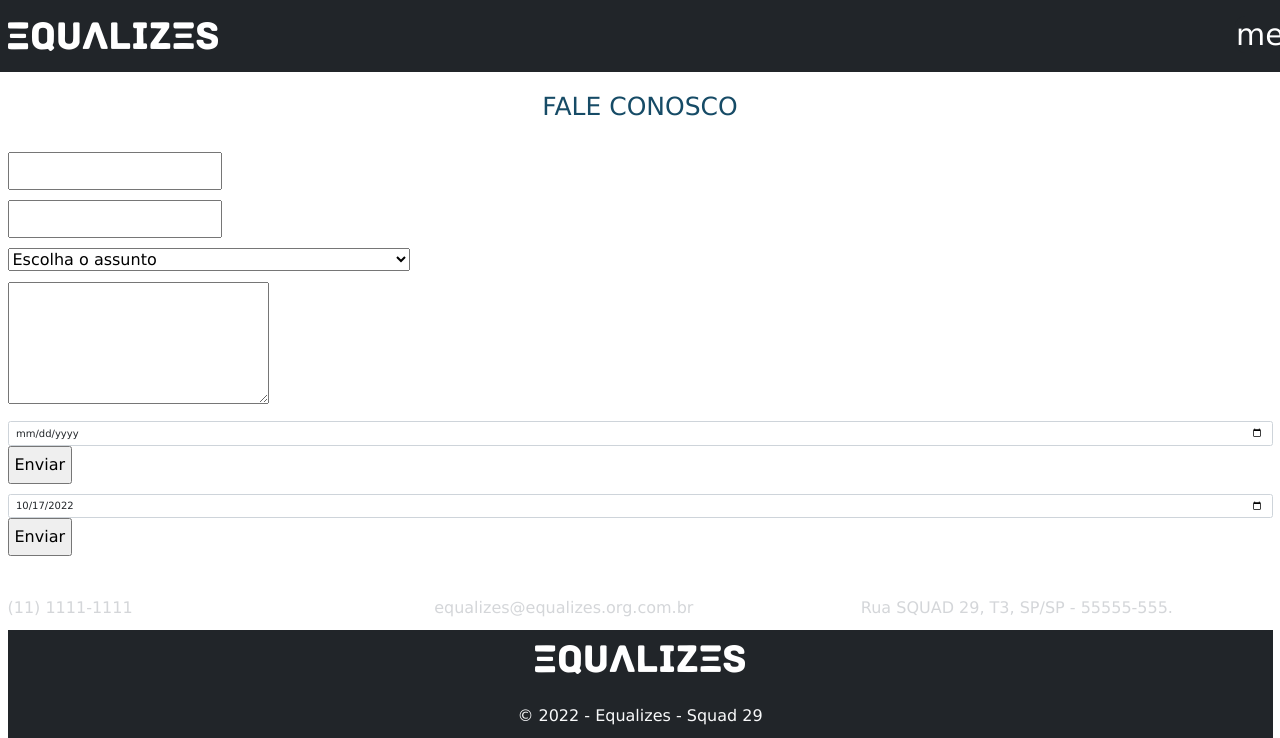
Repository: SQUAD29T3/-SpringEqualizesFinal
Page: http://localhost/admin/contato/editar
The author's editor kept a copy of each file at every save. The page is drawn from the files as they stood at one save, then again after the next save.
The browser window is 1280 px wide. The pictures show the whole page.
The page is this project's Thymeleaf template; nobody is signed in. The template is opened directly, without the code that normally fills it, so the values that code supplies are empty.

Above is the page before, as saved 2022-10-25 16:03:20.

### SpringEqualizes/src/main/resources/templates/admin/contato/editar.html
<!DOCTYPE html>
<html lang="pt-br">

<head>
	<meta charset="UTF-8">
	<meta http-equiv="X-UA-Compatible" content="IE=edge">
	<meta name="viewport" content="width=device-width, initial-scale=1.0">

	<!-- BOOTSTRAP CSS -->
	<link href="https://cdn.jsdelivr.net/npm/bootstrap@5.0.2/dist/css/bootstrap.min.css" rel="stylesheet"
		integrity="sha384-EVSTQN3/azprG1Anm3QDgpJLIm9Nao0Yz1ztcQTwFspd3yD65VohhpuuCOmLASjC" crossorigin="anonymous">

	<!-- ICON DO SITE (E) -->
	<link rel="shortcut icon" th:href="@{/img/icon.jpg}" type="image/x-icon">


	<link rel="stylesheet" th:href="@{/css/admin.css}">

	<title> Fale conosco | Equalizes </title>

</head>

<body>



	<header class="container-fluid">


		<img th:src="@{/img/logo_equalizes_white.png}" alt="logo" class="logo">


		<!-- INÍCIO MENU -->

		<aside>
			<div id="menu-opener" onclick="menuToggle()">
				<span class="material-symbols-outlined menuIcon">
					menu
				</span>
			</div>
			<div id="menu-area">
				<ul>

					<a href="/admin">
						<li>

							<span class="material-symbols-outlined">
								home
							</span>

							INÍCIO

						</li>
					</a>

					<a href="#">
						<li>

							<span class="material-symbols-outlined">
								contact_mail
							</span>
							SOLICITAÇÕES DE CONTATO

						</li>
					</a>

					<a href="">
						<li>

							<span class="material-symbols-outlined">
								group_add
							</span>

							SOLICITAÇÕES DE PARCERIAS

						</li>
					</a>


					<a href="">
						<li class="nav-item dropdown">

							<span class="material-symbols-outlined text-light">
								handshake
							</span>

							<a class="dropdown-toggle text-light" href="#" id="dropdownId" data-bs-toggle="dropdown"
								aria-haspopup="true" aria-expanded="false">PARCEIROS</a>
							<div class="dropdown-menu" aria-labelledby="dropdownId">
								<a class="dropdown-item text-center btn-hover" href="">ESCOLAS</a>

								<hr class="dropdown-divider">

								<a class="dropdown-item text-center btn-hover" href="">EMPRESAS</a>

						</li>
					</a>


				</ul>
			</div>
		</aside>

		<!-- FIM MENU -->


	</header>



	<div class="container-fluid">


		<!-- INÍCIO CONTATOS -->


		<div class="row">

			<div class="col-12 mb-3">

				<h1> FALE CONOSCO</h1>

			</div>


		</div>


		<main>

			<div class="row">

				<!-- INÍCIO FORMULÁRIO -->
				<div class="col-12">

					<form method="post" th:object="${contatos}">

						<div class="col-12">

							<input type="text" name="nome" id="nome_contato" th:value="${nome}" />

						</div>

						<div class="col-12 mt-3">

							<input type="email" name="email" id="email_contato" th:value="${email}" />

						</div>

						<div class="col-12 mt-3">

							<select name="assunto" id="assunto_contato" th:value="${assunto}" />

								<option value="0">Escolha o assunto</option>
								<option value="Assuntos financeiros">Assuntos financeiros</option>
								<option value="Assuntos relacionados a marketing">Assuntos relacionados a marketing
								</option>
								<option value="Dúvidas sobre como ser uma empresa parceira">Dúvidas sobre como ser uma
									empresa parceira</option>
								<option value="Dúvidas sobre como ser uma escola parceira">Dúvidas sobre como ser uma
									escola parceira</option>
								<option value="Dúvidas sobre como doar sendo pessoa física">Dúvidas sobre como doar
									sendo pessoa física</option>

							</select>

						</div>


						<div class="col-12 mt-3">
							<textarea name="mensagem" id="mensagem_contato" cols="30" rows="5"
								th:value="${mensagem}"></textarea>

						</div>


						<div class="col-12 mt-3">

							<input type="date" class="form-control" name="dataContato" id="dataContato"  />

							<input type="submit" value="Enviar">

						</div>

						<div class="col-12 mt-3">

							<input type="date" class="form-control" name="dataResposta" id="dataResposta"  />

							<input type="submit" value="Enviar">

						</div>



					</form>

					<!-- FIM FORMULÁRIO -->


				</div>



			</div>


			<!-- CARDS CONTATO -->

			<div class="row mt-5 alinhamento-linha">

				<!-- CARD PHONE -->

				<div class="col-md-4 mt-3">

					<div class="div-contatos">

						<div class="icon">

							<i class="ri-phone-fill ri-xl"></i>

						</div>
						<p> (11) 1111-1111 </p>

					</div>


				</div>


				<!-- CARD EMAIL -->
				<div class="col-md-4 mt-3">

					<div class="div-contatos">

						<div class="icon">
							<i class="ri-mail-fill ri-xl"></i>
						</div>

						<p> equalizes@equalizes.org.com.br </p>

					</div>


				</div>


				<!-- CARD ENDEREÇO -->
				<div class="col-md-4 mt-3">

					<div class="div-contatos">

						<div class="icon">
							<i class="ri-map-pin-add-fill ri-xl"></i>
						</div>

						<p> Rua SQUAD 29, T3, SP/SP - 55555-555. </p>

					</div>


				</div>


			</div>


		</main>

		<!-- FIM CONTATOS -->


		<!-- ICON SCROLL TOP -->

		<i onclick="subirTela()" class="ri-arrow-up-s-line" id="icon-top"></i>

		<!-- ICON SCROLL TOP -->


		<!-- RODAPÉ -->

		<footer>


			<div class="row">

				<div class="col-12 text-center mt-4">

					<img th:src="@{/img/logo_equalizes_white.png}" alt="logo" class="logo">

				</div>

			</div>



			<div class="row">

				<div class="col-12 text-center mt-4">


					<div class="icon-redeSociais">

						<a href="https://github.com/SQUAD29T3" target="_blank"> <i class="ri-github-fill"></i></a>


					</div>


				</div>

			</div>


			<div class="row">
				<div class="col-12">

					<p class="text-light text-center pt-4"> &copy 2022 - Equalizes - Squad 29 </p>

				</div>
			</div>


		</footer>

		<!-- FIM RODAPÉ -->

	</div>


	<!-- INSERINDO VALOR AO INPUT DATA -->
	<script>
		const inputDate = document.querySelector('#dataResposta');
		const dataHoje = new Date();

		const d = dataHoje.getDate().toString().padStart(2, '0'); // Dia com 2 digitos;
		const m = String(dataHoje.getMonth() + 1).padStart(2, '0'); // Mês com 2 digitos
		const y = dataHoje.getFullYear(); // Ano com 4 digitos


		inputDate.value = `${y}-${m}-${d}`;

	</script>


	<!-- JAVASCRIPT EXTERNO -->
	<script th:src="@{/js/all.js}"></script>


	<!-- BOOTSTRAP JS -->
	<script src="https://cdn.jsdelivr.net/npm/bootstrap@5.0.2/dist/js/bootstrap.bundle.min.js"
		integrity="sha384-MrcW6ZMFYlzcLA8Nl+NtUVF0sA7MsXsP1UyJoMp4YLEuNSfAP+JcXn/tWtIaxVXM"
		crossorigin="anonymous"></script>

</body>

</html>

### SpringEqualizes/src/main/resources/static/css/admin.css
* {
    margin: 0;
    padding: 0;
    box-sizing: border-box;
}


/* SCROLLBAR */

::-webkit-scrollbar {
    width: 1rem;
    height: 0.5rem;
    background-color: #212529;
}

::-webkit-scrollbar-thumb {
    background-color: #164B66;
    border-radius: 20px;
}

/* FIM SCROLLBAR */


html {
    font-size: 62.5%;
}

body {
    font-family: 'Lucida Sans', 'Lucida Sans Regular', 'Lucida Grande', 'Lucida Sans Unicode', Geneva, Verdana, sans-serif;

    font-size: 1.6rem;

}



/* INÍCIO ICON DO SCROLL TOP */

#icon-top {
    background-color: #3d4650;
    color: #ffffff;

    padding: 0.5rem 1rem;
    text-align: center;


    border-radius: 50%;
    box-shadow: 0 0 0.1rem 0.1rem #ffffff;

    display: none;

    font-size: 2rem;
    font-weight: bold;

    position: fixed;
    right: 1rem;
    bottom: 2rem;

    cursor: pointer;
}

#icon-top:hover {
    background-color:  #164B66;
}

/* FIM ICON DO SCROLL TOP */




header {
	background-color: #212529;
	height: 10vh;

	display: flex;
	justify-content: space-between;
	align-items: center;
}


.logo {
    width: 21rem;
    height: 2.9rem;
}

.menuIcon {
   background-color: #212529;
   color: #fff;
   font-size: 3rem;

   padding: 0.1rem;
   border-radius: 1rem;;

}


/* INÍCIO MENU */

aside {
    position: fixed;
    top: 0;
    right: 0;
    z-index: 999;
    display: flex;
}

/* INÍCIO ÁREA DA IMG - ICON MENU */
#menu-opener {
    width: 40px;
    height: 40px;
    cursor: pointer;
    margin-top: 1.2rem;
    margin-right: 0.5rem;
}



/* FIM ÁREA DA IMG - ICON MENU */


/* INÍCIO LISTA/MENU */

#menu-area {
    width: 0;
    height: 100vh;
    background:  #164B66;
    overflow-x: hidden;
    overflow-y: auto;
    transition: all ease .5s;
}

#menu-area ul,
#menu-area li {
    padding: 0;
    list-style: none;
}

#menu-area li {
    display: flex;
    gap: 1rem;
    align-items: center;
    padding: 1rem;
    color: #fff;
    cursor: pointer;
}

#menu-area li:hover {
    background: #212529;
}

/* FIM LISTA/MENU */


/* APLICAÇÃO NO JS - ClassList */
.menu-aberto {
    width: 30rem !important;

}



/* FIM MENU */



.dropdown-menu {
    width: 100%;
    font-size: 1.6rem;
}





.btn-hover {
	background-color: #164B66;
	color: #fff;
	border: none;
	border-radius: 1rem;
    transition: all .2s;
}

.btn-hover:hover {
    background-color: #2EA043;
}


/* FIM MENU */







/* INÍCIO MAIN */

main {
    background-color: #fff;
    color: #3d465038;
    height: auto;
    border-radius: 1rem;
}


/* INÍCIO ADM */
.col-sm-4 > a {
	background-color: #164B66;
	color:  #fff;
	transition: all 0.2s;
	gap: 1rem;
	padding: 1rem;

	display: flex !important;
	flex-direction: column !important;

}

.col-sm-4 a:hover {
	background-color: #0C7EB3;
	color: #fff;
}








h1 {
	color: #164B66;
	text-align: center;
	margin: 2rem 0;
}


input {
	padding: 0.5rem;
}


/* FIM MAIN */


#table {
	overflow-y: auto;
}


/* INÍCIO FOOTER */

footer {
	background-color: #212529;
    height: auto;
}

.icon-redeSociais {
    font-size: 2.4rem;
}

footer i, a {
    text-decoration: none;
    color: #0C7EB3;
    cursor: pointer;
}


footer i:hover {

    color: #212529;

}

/* FIM FOOTER */




@media only screen and (max-width: 600px) {

	html {
		font-size: 55%;
	}



}

### SpringEqualizes/src/main/resources/static/js/all.js

//REALIZA O SCROLL
function subirTela() {

    window.scrollTo({
        top: 0,
        left: 0,
        behavior: 'smooth'
    });

}


// CONDIÇÃO PARA MOSTRAR OU NÃO O BOTÃO

function btnScroll() {

    if (window.scrollY < 200) {
        document.getElementById("icon-top").style.display = "none";

    } else {
        document.getElementById("icon-top").style.display = "block";
    }
};

// Monitora o scroll.
window.addEventListener('scroll', btnScroll);



// MENU - ADMIN
function menuToggle() {

    let menuArea = document.getElementById("menu-area");

    if (menuArea.classList.contains('menu-aberto') == true) {

        menuArea.classList.remove('menu-aberto');

    } else {
        menuArea.classList.add('menu-aberto');
    }

}

After the next save:
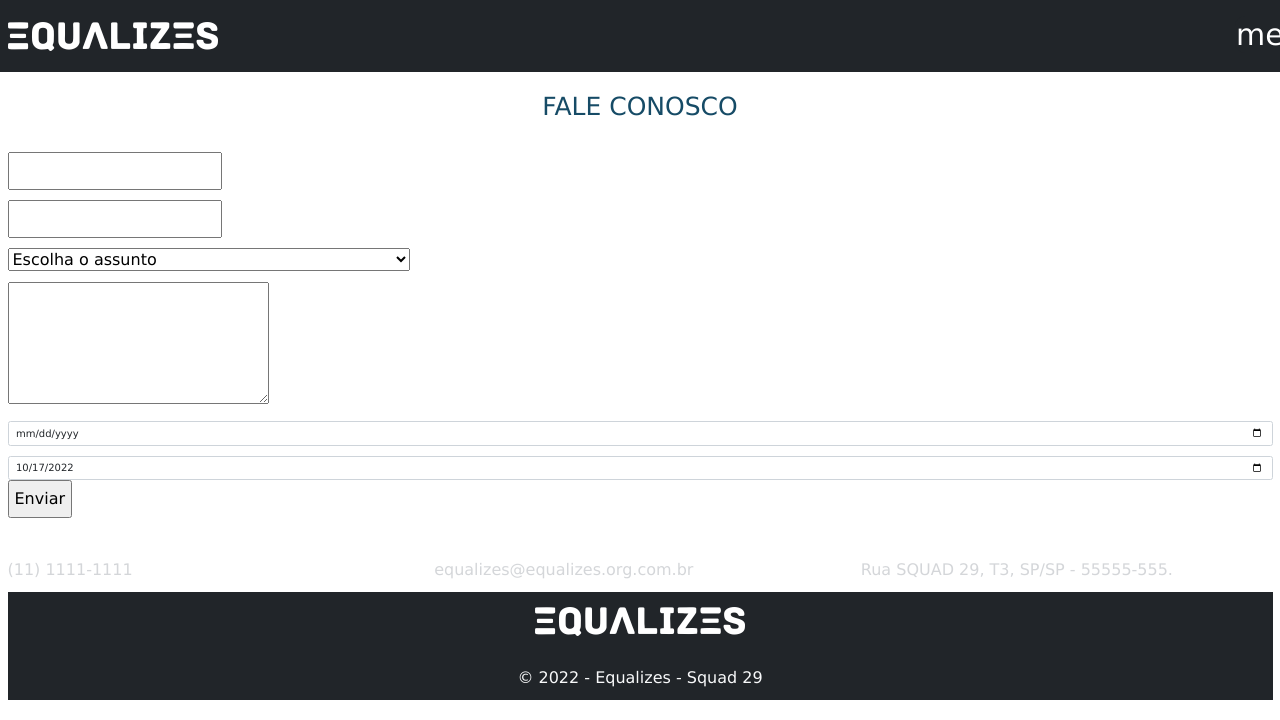
Saved 12 s later.
--- a/SpringEqualizes/src/main/resources/templates/admin/contato/editar.html
+++ b/SpringEqualizes/src/main/resources/templates/admin/contato/editar.html
@@ -178,7 +178,6 @@
 
 							<input type="date" class="form-control" name="dataContato" id="dataContato"  />
 
-							<input type="submit" value="Enviar">
 
 						</div>
 
